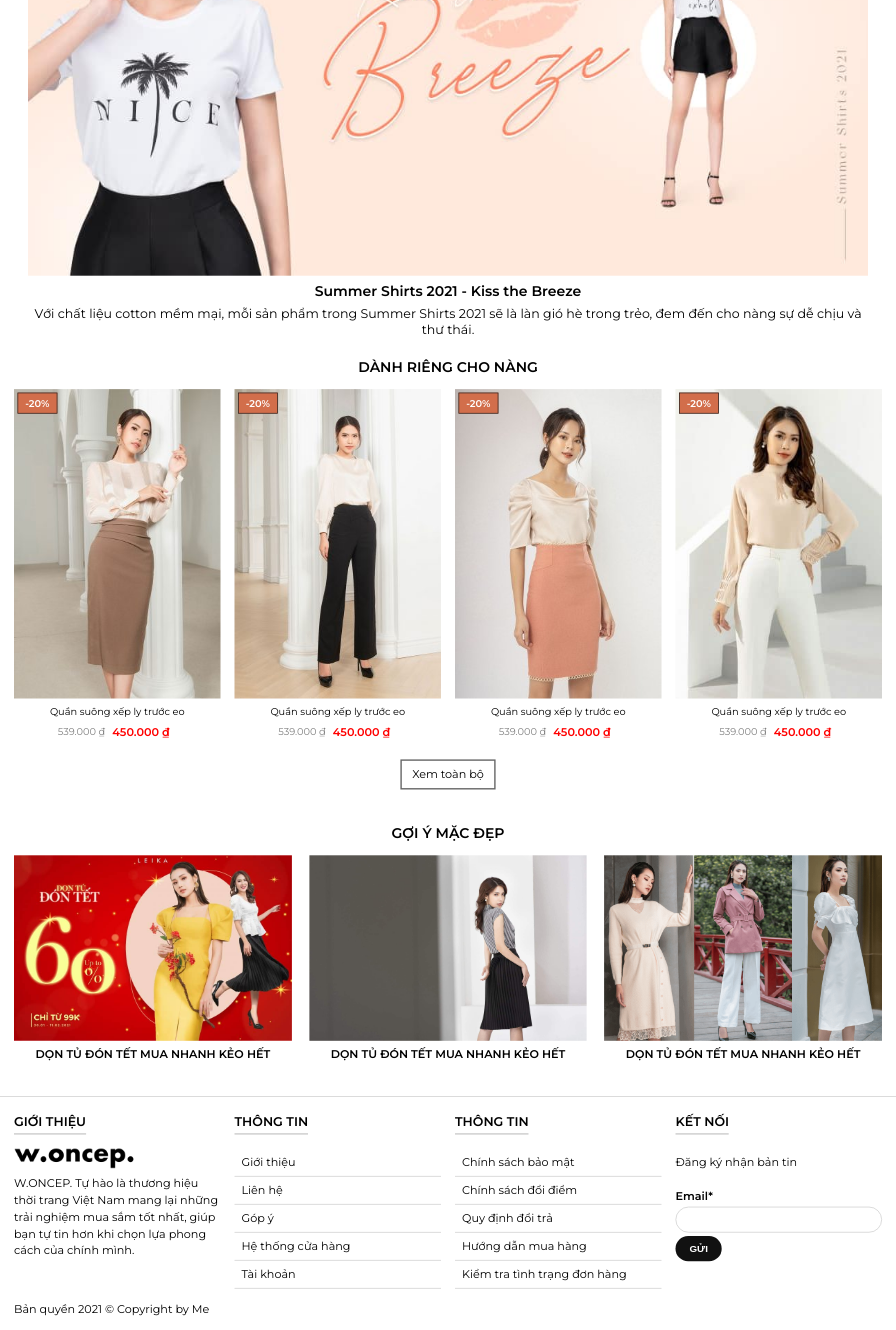
Repository: Nguyenductuan-dev/bt_j2team
Page: index.html
An editor plug-in stored every save of this project. The page is shown before and after the next save, followed by the edit.
The browser window is 1280 px wide. The pictures show the part of the page from y = 2187 to 4107 px (the page is 4087 px tall before and 4107 px after), at 70% of full size.

Above is the page before, as saved 2021-12-12 18:03:41.

After the next save:
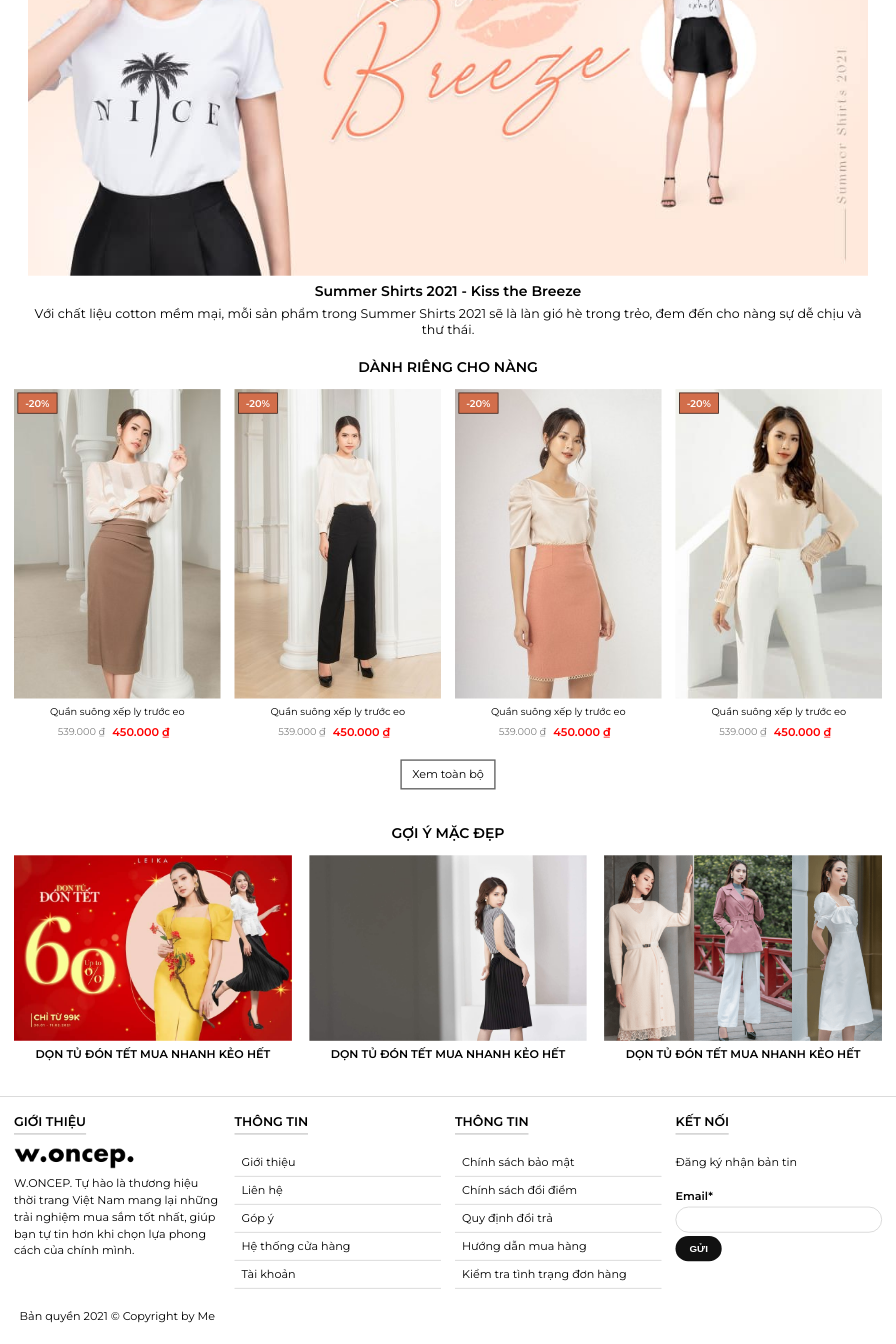
Saved 27 s later.
--- a/css/style.css
+++ b/css/style.css
@@ -322,4 +322,6 @@
 }
 .footer__copyright {
     font-size: 16px;
-}
+    padding: 10px 0;
+    text-align: center;
+}
